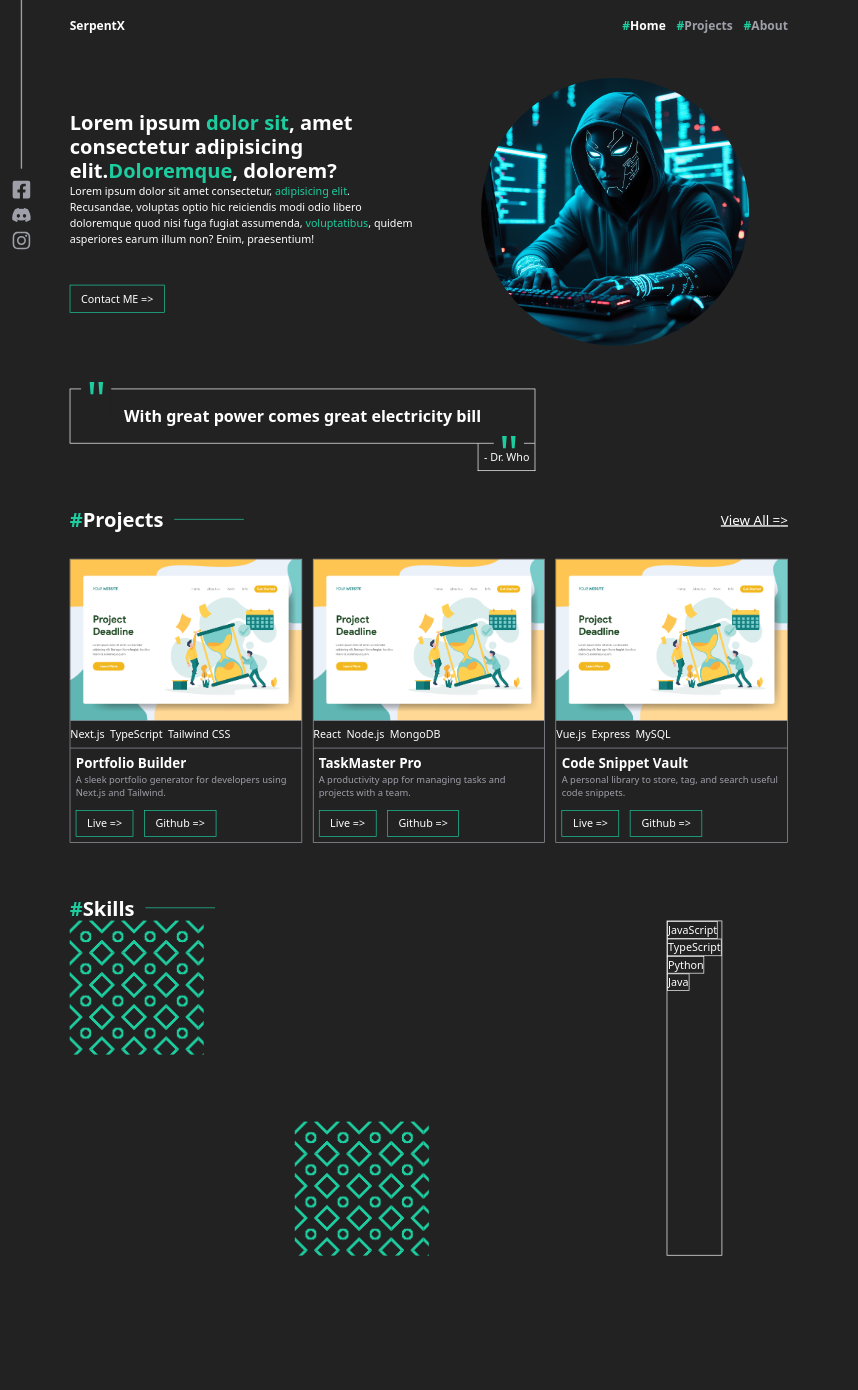
Repository: SERPENTX03/Portfolio-Tutorial
Page: /
An editor plug-in stored every save of this project. The page is shown before and after a run of saves, followed by the edit.
The browser window is 1280 px wide. The pictures show the whole page, at 67% of full size.
The project was rebuilt for these pictures with package versions that can differ from the ones it lists, and the page was loaded fresh each time. The framework's server and built-in components were replaced by stand-ins that run in the browser. Also part of the build but not shown: next.config.ts.

Above is the page before, as saved 2025-04-19 21:44:56.

### app/layout.tsx
import type { Metadata } from "next";
import { Geist, Geist_Mono } from "next/font/google";
import "./globals.css";
import SideContact from "@/components/SideContact";
import Navbar from "@/components/nav/Navbar";

const geistSans = Geist({
  variable: "--font-geist-sans",
  subsets: ["latin"],
});

const geistMono = Geist_Mono({
  variable: "--font-geist-mono",
  subsets: ["latin"],
});

export const metadata: Metadata = {
  title: "Create Next App",
  description: "Generated by create next app",
};

export default function RootLayout({
  children,
}: Readonly<{
  children: React.ReactNode;
}>) {
  return (
    <html lang="en">
      <body
        className={`${geistSans.variable} ${geistMono.variable} antialiased`}
      >
        <SideContact />
        <main className="max-w-[1200px] mx-auto sm:px-16 px-3">
          <Navbar />
          {children}
          <footer className="h-[200px]"></footer>
        </main>
      </body>
    </html>
  );
}

### app/page.tsx
import Hero from "@/components/Hero";
import Projects from "@/components/Projects";
import Skils from "@/components/Skils";

const Home = () => {
  return (
    <div>
      <Hero />
      <Projects />
      <Skils />
    </div>
  );
};
export default Home;

### app/globals.css
@import "tailwindcss";

@theme {
  --color-primary: #1dcd9f;
  --color-background: #222222;
  --color-text: #9f9fa9;
}

@utility hover-btn {
  @apply hover:bg-primary/30 transition-colors duration-300 ease-in-out border border-primary px-4 py-2 mt-14 cursor-pointer;
}

body {
  background-color: var(--color-background);
  color: white;
}

.pattern {
  background: linear-gradient(
      45deg,
      transparent 14%,
      #1dcd9f 15%,
      #1dcd9f 20%,
      transparent 21%,
      transparent 79%,
      #1dcd9f 80%,
      #1dcd9f 85%,
      transparent 86%
    ),
    linear-gradient(
      135deg,
      transparent 14%,
      #1dcd9f 15%,
      #1dcd9f 20%,
      transparent 21%,
      transparent 79%,
      #1dcd9f 80%,
      #1dcd9f 85%,
      transparent 86%
    ),
    radial-gradient(transparent 14%, #1dcd9f 15%, #1dcd9f 25%, transparent 26%);
  background-size: 3em 3em;
  opacity: 1;
}

### components/SideContact.tsx
import Link from "next/link";
import { FaFacebookSquare } from "react-icons/fa";
import { FaDiscord } from "react-icons/fa";
import { FaInstagram } from "react-icons/fa";

const SideContact = () => {
  return (
    <div className="fixed top-0 left-0 w-16 lg:flex flex-col hidden ">
      {/* Line */}
      <div className="h-[35vh] relative">
        <div className="h-full border border-text absolute top-0 left-1/2 -translate-x-1/2"></div>
      </div>
      {/* Socials */}
      <div className="text-text mt-4 flex flex-col gap-2 items-center">
        <Link target="_blank" href="https://www.facebook.com/serpentx.dev">
          <FaFacebookSquare size={30} />
        </Link>
        <Link target="_blank" href="https://discord.gg/serpentx">
          <FaDiscord size={30} />
        </Link>
        <Link target="_blank" href="https://www.instagram.com/serpentx.dev">
          <FaInstagram size={30} />
        </Link>
      </div>
    </div>
  );
};
export default SideContact;

### components/nav/Navbar.tsx
import MenuHamburger from "./MenuHamburger";
import Navlink from "./Navlink";

const Navbar = () => {
  return (
    <div className="flex justify-between items-center py-6">
      <h1 className="text-lg font-semibold ">SerpentX</h1>
      <Navlink />
      <MenuHamburger />
    </div>
  );
};
export default Navbar;

### components/Hero.tsx
import Image from "next/image";

const Hero = () => {
  return (
    <section className="mt-10">
      <div className="flex flex-col sm:flex-row justify-between gap-10 items-center">
        <div className="w-full sm:w-1/2">
          <h2 className="text-3xl font-bold">
            Lorem ipsum <span className="text-primary">dolor sit</span>, amet
            consectetur adipisicing elit.
            <span className="text-primary">Doloremque</span>, dolorem?
          </h2>
          <p>
            Lorem ipsum dolor sit amet consectetur,{" "}
            <span className="text-primary">adipisicing elit</span>. Recusandae,
            voluptas optio hic reiciendis modi odio libero doloremque quod nisi
            fuga fugiat assumenda,{" "}
            <span className="text-primary">voluptatibus</span>, quidem
            asperiores earum illum non? Enim, praesentium!
          </p>
          <button className="hover-btn ">Contact ME ={">"}</button>
        </div>
        <div className="w-full sm:w-1/2 flex justify-center">
          <Image
            className="object-cover rounded-full"
            src="/images/hero.jpg"
            alt="hero"
            width={400}
            height={400}
          />
        </div>
      </div>
      <div className="mt-16 flex justify-center border py-6 px-20 w-fit relative">
        <h5 className=" text-2xl font-bold ">
          With great power comes great electricity bill
        </h5>
        <span className="absolute -top-6 left-4 bg-background px-2 text-primary text-7xl">
          &quot;
        </span>
        <span className="absolute -bottom-12 h-fit right-4 bg-background px-2 text-primary text-7xl">
          &quot;
        </span>
        <span className="absolute right-[-1px] -bottom-10.5 border-x border-b p-2">
          - Dr. Who
        </span>
      </div>
    </section>
  );
};
export default Hero;

### components/Projects.tsx
import { projects } from "@/data/Project";
import Image from "next/image";
import Link from "next/link";

const Projects = () => {
  return (
    <section className="mt-24">
      <div className="flex justify-between items-center">
        <h2 className="text-3xl font-bold relative ">
          <span className="text-primary">#</span>Projects
          <span className="absolute -right-30 bottom-1/2 -translate-y-1/2 w-26 h-px bg-primary"></span>
        </h2>
        <Link className="text-xl underline" href="/projects">
          View All ={">"}
        </Link>
      </div>
      <div className="grid gird-cols-1 sm:grid-cols-2 md:grid-cols-3 gap-4 mt-10">
        {projects.slice(0, 3).map((project) => (
          <div key={project.id} className="border border-text">
            <Image
              src={project.image || ""}
              alt={project.title}
              width={300}
              height={300}
              className="w-full h-60 object-cover"
            />
            <div className="flex gap-2 py-2 border-y border-text">
              {project.language.map((lang) => (
                <p key={lang}>{lang}</p>
              ))}
            </div>
            <div className="p-2">
              <h3 className="text-xl font-bold">{project.title}</h3>
              <p className="text-sm text-text">{project.description}</p>
            </div>
            <div className="flex p-2">
              <div className="py-2 space-x-4">
                <Link href="/projects" className="hover-btn">
                  Live ={">"}
                </Link>
                <Link href="/projects" className="hover-btn">
                  Github ={">"}
                </Link>
              </div>
            </div>
          </div>
        ))}
      </div>
    </section>
  );
};
export default Projects;

### components/Skils.tsx
import { techStacks } from "@/data/Skils";

const Skils = () => {
  return (
    <section className="mt-20">
      <h2 className="text-3xl font-bold relative w-fit">
        <span className="text-primary">#</span>Skills
        <span className="absolute -right-30 bottom-1/2 -translate-y-1/2 w-26 h-px bg-primary"></span>
      </h2>
      <div className="flex justify-between h-[500px]">
        {/* Pattern */}
        <div className="w-1/2 h-full relative ">
          <div className="w-[200px] h-[200px] pattern absolute top-0 left-0"></div>
          <div className="w-[200px] h-[200px] pattern absolute bottom-0 right-0"></div>
        </div>
        {/* Skils */}
        <div className="grid grid-cols-2 gap-4">
          <div className="border">
            {techStacks.languages.map((lang) => (
              <div key={lang.id} className="flex items-center gap-2">
                <p className="border">{lang.name}</p>
              </div>
            ))}
          </div>
        </div>
      </div>
    </section>
  );
};
export default Skils;

### components/nav/MenuHamburger.tsx
"use client";
import { RiMenuFoldLine } from "react-icons/ri";
import { links } from "@/data/NavLink";
import { useEffect, useState } from "react";
import { IoClose } from "react-icons/io5";
import Link from "next/link";
import { usePathname } from "next/navigation";
import { motion, AnimatePresence } from "framer-motion";
import { FaDiscord, FaFacebookSquare, FaInstagram } from "react-icons/fa";

const MenuHamburger = () => {
  const [isOpen, setIsOpen] = useState(false);
  const pathname = usePathname();

  const handleOpen = () => {
    setIsOpen(!isOpen);
  };

  useEffect(() => {
    setIsOpen(false); // ปิดเมนูเมื่อ path เปลี่ยน
  }, [pathname]);
  return (
    <>
      <AnimatePresence mode="wait">
        {isOpen ? (
          <motion.div
            key="close"
            initial={{ rotate: -90, opacity: 0 }}
            animate={{ rotate: 0, opacity: 1 }}
            exit={{ rotate: 90, opacity: 0 }}
            transition={{ duration: 0.2 }}
            className="cursor-pointer block md:hidden z-50"
            onClick={handleOpen}
          >
            <IoClose size={30} />
          </motion.div>
        ) : (
          <motion.div
            key="menu"
            initial={{ rotate: 90, opacity: 0 }}
            animate={{ rotate: 0, opacity: 1 }}
            exit={{ rotate: -90, opacity: 0 }}
            transition={{ duration: 0.3 }}
            className="cursor-pointer block md:hidden z-10"
            onClick={handleOpen}
          >
            <RiMenuFoldLine size={30} />
          </motion.div>
        )}
      </AnimatePresence>
      {isOpen && (
        <ul className="fixed top-0 left-0 w-full h-screen bg-background ">
          <h1 className="text-2xl font-bold m-3">SerpentX</h1>
          {links.map((nav, index) => (
            <li
              key={index}
              className={`text-2xl m-3 font-semibold text-text ${
                pathname === nav.href ? "text-white" : "text-text"
              }`}
            >
              <Link href={nav.href}>
                <span className="text-primary">#</span>
                {nav.label}
              </Link>
            </li>
          ))}
        </ul>
      )}
      {isOpen && (
        <div className="fixed bottom-4 left-1/2 -translate-x-1/2 flex gap-4">
          <Link target="_blank" href="https://www.facebook.com/serpentx.dev">
            <FaFacebookSquare size={30} />
          </Link>
          <Link target="_blank" href="https://discord.gg/serpentx">
            <FaDiscord size={30} />
          </Link>
          <Link target="_blank" href="https://www.instagram.com/serpentx.dev">
            <FaInstagram size={30} />
          </Link>
        </div>
      )}
    </>
  );
};
export default MenuHamburger;

### components/nav/Navlink.tsx
"use client";
import { links } from "@/data/NavLink";
import Link from "next/link";
import { usePathname } from "next/navigation";

const Navlink = () => {
  const pathname = usePathname();
  return (
    <ul className="md:flex gap-4 hidden ">
      {links.map((nav, index) => (
        <li
          key={index}
          className={`text-lg font-semibold text-text ${
            pathname === nav.href ? "text-white" : "text-text"
          }`}
        >
          <Link href={nav.href}>
            <span className="text-primary">#</span>
            {nav.label}
          </Link>
        </li>
      ))}
    </ul>
  );
};
export default Navlink;

### data/Project.ts
export const projects = [
  {
    id: 1,
    title: "Portfolio Builder",
    description:
      "A sleek portfolio generator for developers using Next.js and Tailwind.",
    language: ["Next.js", "TypeScript", "Tailwind CSS"],
    image: "/images/project1.jpg",
  },
  {
    id: 2,
    title: "TaskMaster Pro",
    description:
      "A productivity app for managing tasks and projects with a team.",
    language: ["React", "Node.js", "MongoDB"],
    image: "/images/project1.jpg",
  },
  {
    id: 3,
    title: "Code Snippet Vault",
    description:
      "A personal library to store, tag, and search useful code snippets.",
    language: ["Vue.js", "Express", "MySQL"],
    image: "/images/project1.jpg",
  },
  {
    id: 4,
    title: "DevBlog Engine",
    description:
      "A markdown-powered blogging platform for developers with dark mode.",
    language: ["Next.js", "MDX", "Tailwind CSS"],
    image: "/images/project1.jpg",
  },
  {
    id: 5,
    title: "CryptoTracker",
    description:
      "Live cryptocurrency prices and portfolio manager with real-time charts.",
    language: ["React", "Chart.js", "CoinGecko API"],
    image: "/images/project1.jpg",
  },
  {
    id: 6,
    title: "EcomDash",
    description:
      "An admin dashboard for managing products, orders, and analytics.",
    language: ["Angular", "Firebase", "SCSS"],
    image: "/images/project1.jpg",
  },
  {
    id: 7,
    title: "ChatterBox",
    description:
      "A real-time chat application with private and group messaging.",
    language: ["React", "Socket.io", "Node.js"],
    image: "/images/project1.jpg",
  },
  {
    id: 8,
    title: "CodeQuiz Arena",
    description: "An interactive quiz app for coding topics with leaderboards.",
    language: ["Svelte", "TypeScript", "Supabase"],
    image: "/images/project1.jpg",
  },
  {
    id: 9,
    title: "WeatherZen",
    description:
      "A minimalist weather app with animated forecasts and map integration.",
    language: ["Vue.js", "OpenWeatherMap API", "Tailwind CSS"],
    image: "/images/project1.jpg",
  },
  {
    id: 10,
    title: "DesignSync",
    description: "Tool to sync design tokens between Figma and your codebase.",
    language: ["Electron", "Figma API", "TypeScript"],
    image: "/images/project1.jpg",
  },
];

### data/Skils.ts
export const techStacks = {
  languages: [
    { id: 1, name: "JavaScript" },
    { id: 2, name: "TypeScript" },
    { id: 3, name: "Python" },
    { id: 4, name: "Java" },
  ],
  frameworks: [
    { id: 1, name: "React" },
    { id: 2, name: "Next.js" },
    { id: 3, name: "Vue.js" },
    { id: 4, name: "Nuxt" },
  ],
  databases: [
    { id: 1, name: "MongoDB" },
    { id: 2, name: "PostgreSQL" },
    { id: 3, name: "MySQL" },
    { id: 4, name: "SQLite" },
  ],
};

### data/NavLink.ts
export const links = [
  {
    label: "Home",
    href: "/",
  },
  {
    label: "Projects",
    href: "/projects",
  },
  {
    label: "About",
    href: "/about",
  },
];

After the next 3 saves:
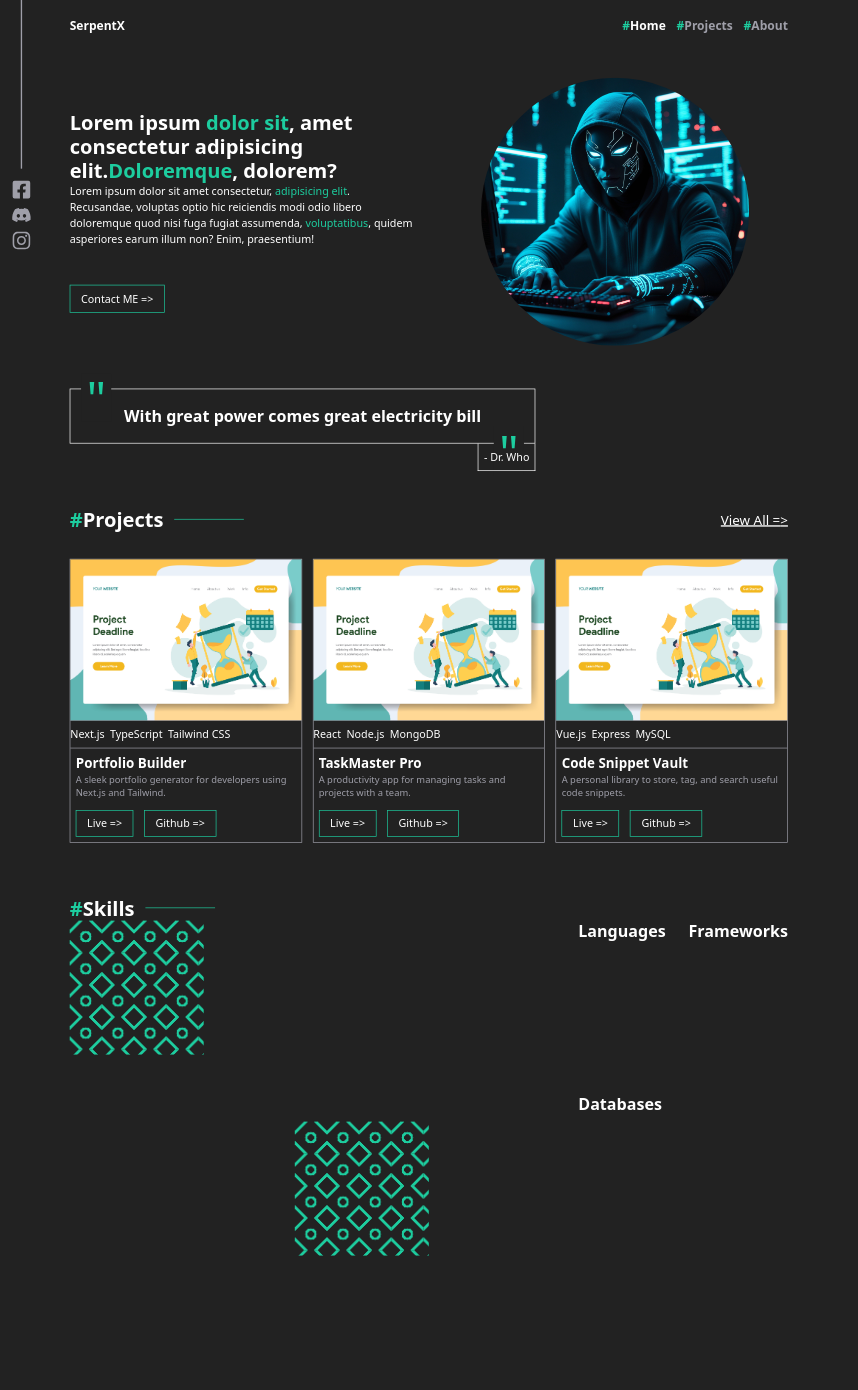
The 3 saves are shown as one change because 2 did not build or start.
The last was saved 3 min 30 s later.
--- a/components/Skils.tsx
+++ b/components/Skils.tsx
@@ -1,4 +1,5 @@
 import { techStacks } from "@/data/Skils";
+import { div } from "framer-motion/client";
 
 const Skils = () => {
   return (
@@ -15,13 +16,11 @@ const Skils = () => {
         </div>
         {/* Skils */}
         <div className="grid grid-cols-2 gap-4">
-          <div className="border">
-            {techStacks.languages.map((lang) => (
-              <div key={lang.id} className="flex items-center gap-2">
-                <p className="border">{lang.name}</p>
-              </div>
-            ))}
-          </div>
+          {techStacks.map((skil, index) => (
+            <div key={index}>
+              <h3 className="text-2xl font-bold">{skil.title}</h3>
+            </div>
+          ))}
         </div>
       </div>
     </section>
--- a/data/Skils.ts
+++ b/data/Skils.ts
@@ -1,20 +1,29 @@
-export const techStacks = {
-  languages: [
-    { id: 1, name: "JavaScript" },
-    { id: 2, name: "TypeScript" },
-    { id: 3, name: "Python" },
-    { id: 4, name: "Java" },
-  ],
-  frameworks: [
-    { id: 1, name: "React" },
-    { id: 2, name: "Next.js" },
-    { id: 3, name: "Vue.js" },
-    { id: 4, name: "Nuxt" },
-  ],
-  databases: [
-    { id: 1, name: "MongoDB" },
-    { id: 2, name: "PostgreSQL" },
-    { id: 3, name: "MySQL" },
-    { id: 4, name: "SQLite" },
-  ],
-};
+export const techStacks = [
+  {
+    title: "Languages",
+    items: [
+      { id: 1, name: "JavaScript" },
+      { id: 2, name: "TypeScript" },
+      { id: 3, name: "Python" },
+      { id: 4, name: "Java" },
+    ],
+  },
+  {
+    title: "Frameworks",
+    items: [
+      { id: 1, name: "React" },
+      { id: 2, name: "Next.js" },
+      { id: 3, name: "Vue.js" },
+      { id: 4, name: "Nuxt" },
+    ],
+  },
+  {
+    title: "Databases",
+    items: [
+      { id: 1, name: "MongoDB" },
+      { id: 2, name: "PostgreSQL" },
+      { id: 3, name: "MySQL" },
+      { id: 4, name: "SQLite" },
+    ],
+  },
+];
